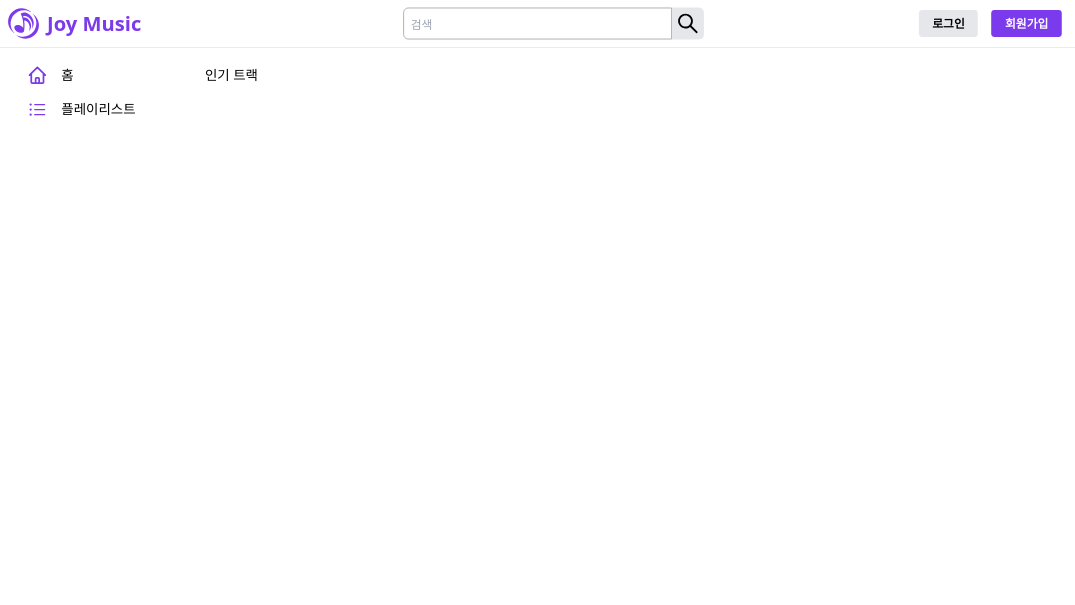
Repository: momo0170/streaming
Page: /
An editor plug-in stored every save of this project. The page is shown before and after the next save, followed by the edit.
The browser window is 1280 px wide. The pictures show the whole page, at 84% of full size.
The project was rebuilt for these pictures with package versions that can differ from the ones it lists, and the page was loaded fresh each time. Also part of the build but not shown: src/App.css, src/router/Playlist.jsx.

Above is the page before, as saved 2023-09-23 14:23:11.

### src/index.js
import React from 'react';
import ReactDOM from 'react-dom/client';
import './index.css';
import App from './App';
import { RouterProvider, createBrowserRouter } from 'react-router-dom';
import Home from './router/Home';
import Playlist from './router/Playlist';

const router = createBrowserRouter([
  {
    path: '/',
    element: <App />,
    children: [
      {
        index: true,
        element: <Home />,
      },
      {
        path: 'playlist',
        element: <Playlist />,
      },
    ],
  },
]);
const root = ReactDOM.createRoot(document.getElementById('root'));
root.render(
  <RouterProvider router={router}>
    <App />
  </RouterProvider>
);

### src/index.css
/* index.css 📂 */

@tailwind base;
@tailwind components;
@tailwind utilities;

### src/App.js
import { Outlet } from 'react-router-dom';
import './App.css';
import Header from './components/Header';
import MenuBar from './components/MenuBar';

function App() {
  return (
    <>
      <Header />
      <div className="flex m-3">
        <MenuBar />
        <Outlet />
      </div>
    </>
  );
}

export default App;

### src/router/Home.jsx
import React from 'react';
import topTrack from '../mock/getTopTracks.json';

export default function Home() {
  console.log(topTrack);
  return (
    <main className="m-2">
      <h2>인기 트랙</h2>
    </main>
  );
}

### src/components/Header.jsx
import React from 'react';
import { GiMusicSpell } from 'react-icons/gi';
import { AiOutlineSearch } from 'react-icons/ai';
import { Link } from 'react-router-dom';

export default function Header() {
  const handleSubmit = (e) => {
    e.preventDefault();
  };
  return (
    <header className="flex justify-between p-2 border-b h-13 items-center">
      <Link to="/" className="flex items-center">
        <GiMusicSpell
          size="40"
          color="#7c3aed"
          className="hover:animate-spin"
        />
        <div className="text-violet-600 text-2xl ml-2 font-bold">Joy Music</div>
      </Link>
      <form className="flex transform translate-x-8" onSubmit={handleSubmit}>
        <input
          type="text"
          placeholder="검색"
          className="rounded-l-md border border-stone-400 p-1 px-2 focus:shadow-inner2 outline-none focus:border-violet-600 placeholder:text-sm hover:shadow-hoverInput hover:border-hoverInput w-80"
        />
        <button className="bg-gray-200 p-1 rounded-r-md box-border hover:bg-gray-300">
          <AiOutlineSearch size="30" />
        </button>
      </form>
      <div className="flex">
        <button className="bg-gray-200 mx-2 px-4 py-1.5 rounded text-sm font-semibold hover:bg-gray-300">
          로그인
        </button>
        <button className="bg-violet-600 text-white mx-2 px-4 py-1.5 rounded text-sm font-semibold hover:bg-violet-700">
          회원가입
        </button>
      </div>
    </header>
  );
}

### src/components/MenuBar.jsx
import React from 'react';
import MenuButton from './MenuButton';

export default function MenuBar() {
  const list = [
    ['/', '홈'],
    ['/playlist', '플레이리스트'],
  ];

  return (
    <aside className="flex flex-col w-56">
      {list.map((item, idx) => (
        <MenuButton key={idx} text={item[1]} path={item[0]} />
      ))}
    </aside>
  );
}

### src/components/MenuButton.jsx
import React from 'react';
import { Link } from 'react-router-dom';
import { HiHome, HiOutlineHome } from 'react-icons/hi';
import { IoIosListBox, IoIosList } from 'react-icons/io';

export default function MenuButton({ text, path }) {
  const SIZE = '25';
  const COLOR = '#7C3AED';
  return (
    <Link to={path} className="flex px-5 py-2 rounded hover:bg-violet-100">
      {text === '홈' ? (
        <HiOutlineHome size={SIZE} color={COLOR} />
      ) : (
        <IoIosList size={SIZE} color={COLOR} />
      )}
      <span className="text-base ml-4">{text}</span>
    </Link>
  );
}

### tailwind.config.js
/** @type {import('tailwindcss').Config} */
module.exports = {
  content: ['./src/**/*.{js,jsx,ts,tsx}'],
  theme: {
    extend: {
      borderWidth: {
        1.5: '1.5px',
      },
      boxShadow: {
        inner2: '0 0 0 1.5px #7c3aed inset',
        hoverInput: '0 0 0 1px #ABABAB inset',
      },
      borderColor: {
        hoverInput: '#ABABAB',
      },
    },
  },
  plugins: [],
};

### src/router/Track.jsx
import React from 'react';

export default function Track() {
  return <div>트랙입니다</div>;
}

Loaded but not shown: public/index.html (common file); src/mock/getTopTracks.json (1762 lines, source omitted)

After the next save:
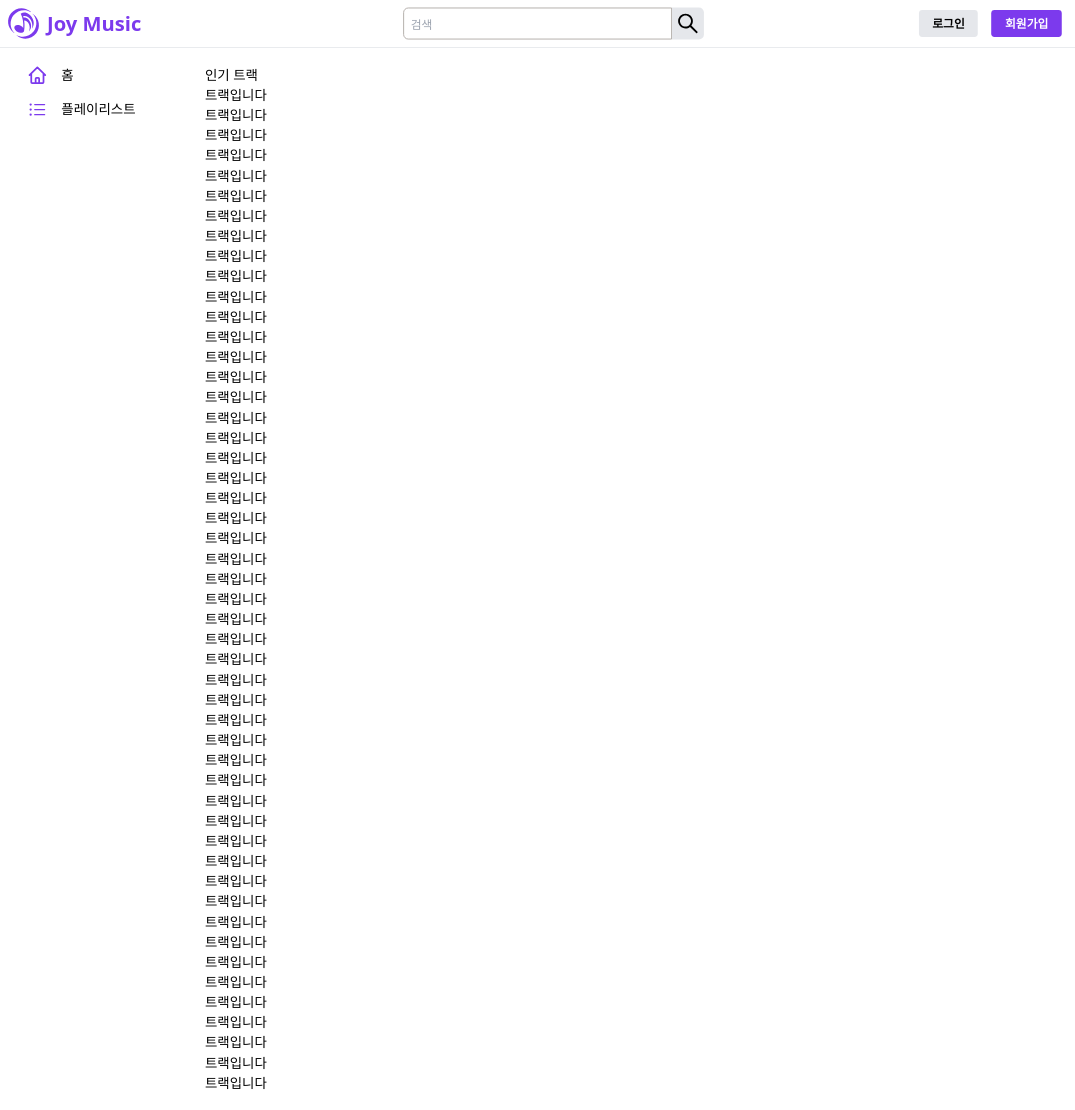
Saved 27 s later.
--- a/src/router/Home.jsx
+++ b/src/router/Home.jsx
@@ -1,11 +1,19 @@
 import React from 'react';
 import topTrack from '../mock/getTopTracks.json';
+import Track from './Track';
 
 export default function Home() {
   console.log(topTrack);
   return (
     <main className="m-2">
       <h2>인기 트랙</h2>
+      <ul>
+        <li>
+          {topTrack.tracks.track.map((item, idx) => (
+            <Track key={idx} item={item} />
+          ))}
+        </li>
+      </ul>
     </main>
   );
 }

After the 2 saves that followed:
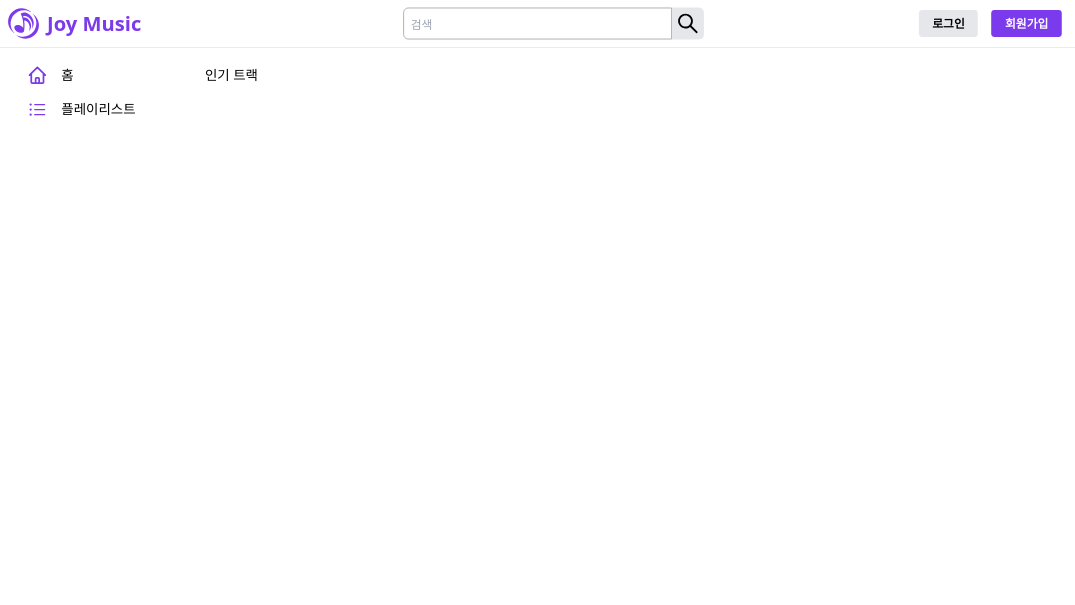
The 2 saves are shown as one change because 1 left the picture as it was.
The last was saved 2 min 40 s later.
--- a/src/router/Track.jsx
+++ b/src/router/Track.jsx
@@ -1,5 +1,12 @@
 import React from 'react';
 
-export default function Track() {
-  return <div>트랙입니다</div>;
+export default function Track(props) {
+  const { artist, image, name } = props;
+  return (
+    <>
+      <span>{artist}</span>
+      <span>{image}</span>
+      <span>{name}</span>
+    </>
+  );
 }
